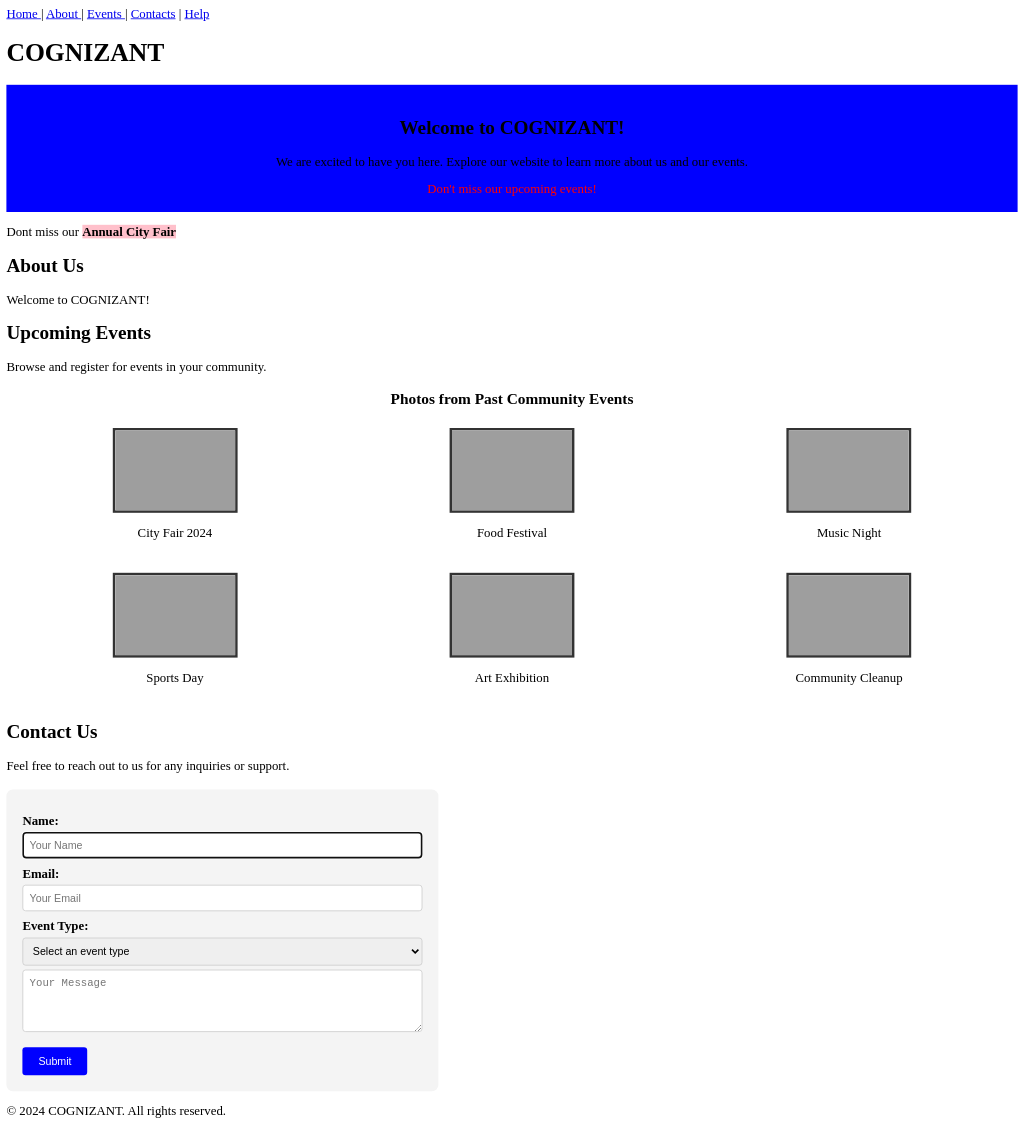
Repository: Sonasiju/Digital-Nurture-Java
Page: HTML/index.html
An editor plug-in stored every save of this project. The page is shown before and after the next save, followed by the edit.
The browser window is 1280 px wide. The pictures show the whole page, at 80% of full size.
Pictures or frames that could not be fetched are drawn as grey boxes.

Above is the page before, as saved 2026-06-03 22:57:07.

### HTML/index.html
<!DOCTYPE html>
<html lang="en">
<meta charset="UTF-8">
<head>

<title> EVENT PORTAL</title>
<style>
#welcomeBanner{
    background-color: blue;
    padding: 20px;
    text-align: center;
}

.highlight {
    background-color: pink;
    font-weight: bold;
}

/* Image Gallery Table */
table {
  width: 100%;
  border-collapse: collapse;
  margin-top: 20px;
}

caption {
  font-size: 1.2em;
  font-weight: bold;
  margin-bottom: 10px;
}

.event-img {
  border: 3px solid #333;
  width: 150px;
  height: 100px;
  display: block;
  margin: 5px auto;
}

td {
  text-align: center;
  padding: 10px;
}
/* Form Styling */
form {
  background-color: #f4f4f4;
  padding: 20px;
  border-radius: 8px;
  max-width: 500px;
  margin-top: 20px;
}

form label {
  display: block;
  margin-top: 10px;
  font-weight: bold;
}

form input, form select, form textarea {
  width: 100%;
  padding: 8px;
  margin-top: 5px;
  border: 1px solid #ccc;
  border-radius: 4px;
  box-sizing: border-box;
}

form button {
  margin-top: 15px;
  padding: 10px 20px;
  background-color: blue;
  color: white;
  border: none;
  border-radius: 4px;
  cursor: pointer;
}

output {
  display: block;
  margin-top: 10px;
  color: green;
  font-weight: bold;
}
</style>
</head>

<body>
 <!-- Navigation  -->
<header>
    <nav>
        <a href="#home"> Home </a> |
        <a href="#about"> About </a> |
<a href="#events"> Events </a> |
<a href="#contacts">Contacts</a> |
<a href="help.html" target="_blank">Help</a>
 </nav>

    </header>
    <!-- Main -->
    <main>
 <h1> COGNIZANT </h1>
 <section id="home">
    <div id="welcomeBanner">
            <h2>Welcome to COGNIZANT!</h2>
            <p>We are excited to have you here. Explore our website to learn more about us and our events.</p>
        <span style="color: red;">Don't miss our upcoming events!</span>
    </div>
      <p> Dont miss our <span class="highlight">Annual City Fair </span></p>


        </section>
 <section id="about">
            <h2>About Us</h2>
            <p>Welcome to COGNIZANT!</p>
        </section>
  <section id="events">
  <h2>Upcoming Events</h2>
  <p>Browse and register for events in your community.</p>

  <!-- Image Gallery Table -->
  <table>
    <caption>Photos from Past Community Events</caption>

    <!-- Row 1 -->
    <tr>
      <td>
        <img
          src="https://picsum.photos/150/100?random=1"
          alt="City Fair 2024"
          title="City Fair 2024"
          class="event-img">
        <p>City Fair 2024</p>
      </td>
      <td>
        <img
          src="https://picsum.photos/150/100?random=2"
          alt="Food Festival"
          title="Food Festival"
          class="event-img">
        <p>Food Festival</p>
      </td>
      <td>
        <img
          src="https://picsum.photos/150/100?random=3"
          alt="Music Night"
          title="Music Night"
          class="event-img">
        <p>Music Night</p>
      </td>
    </tr>

    <!-- Row 2 -->
    <tr>
      <td>
        <img
          src="https://picsum.photos/150/100?random=4"
          alt="Sports Day"
          title="Sports Day"
          class="event-img">
        <p>Sports Day</p>
      </td>
      <td>
        <img
          src="https://picsum.photos/150/100?random=5"
          alt="Art Exhibition"
          title="Art Exhibition"
          class="event-img">
        <p>Art Exhibition</p>
      </td>
      <td>
        <img
          src="https://picsum.photos/150/100?random=6"
          alt="Community Cleanup"
          title="Community Cleanup"
          class="event-img">
        <p>Community Cleanup</p>
      </td>
    </tr>

  </table>
</section>















<section id="contacts">
            <h2>Contact Us</h2>
            <p>Feel free to reach out to us for any inquiries or support.</p>
            <form id="contactForm">
                <label for="name">Name:</label>
                <input type="text" id="name" name="name" placeholder="Your Name" required autofocus>

                <label for="email">Email:</label>
                <input type="email" id="email" name="email" placeholder="Your Email" required>
                <label for="eventType">Event Type:</label>
                <select id="eventType" name="eventType" required>
                    <option value="">Select an event type</option>
                    <option value="cityFair">City Fair</option>
                    <option value="foodFestival">Food Festival</option>
                    <option value="musicNight">Music Night</option>
                    <option value="sportsDay">Sports Day</option>
                    <option value="artExhibition">Art Exhibition</option>
                    <option value="communityCleanup">Community Cleanup</option>





                <label for="message">Message:</label>
                <textarea id="message" name="message" placeholder="Your Message" rows="4" required></textarea>

                <button type="submit">Submit</button>











          </section>
    </main>

<!-- Footer -->
        <footer>
            <p> &copy; 2024 COGNIZANT. All rights reserved. </p>
            </footer>
</body>
</html>

After the next save:
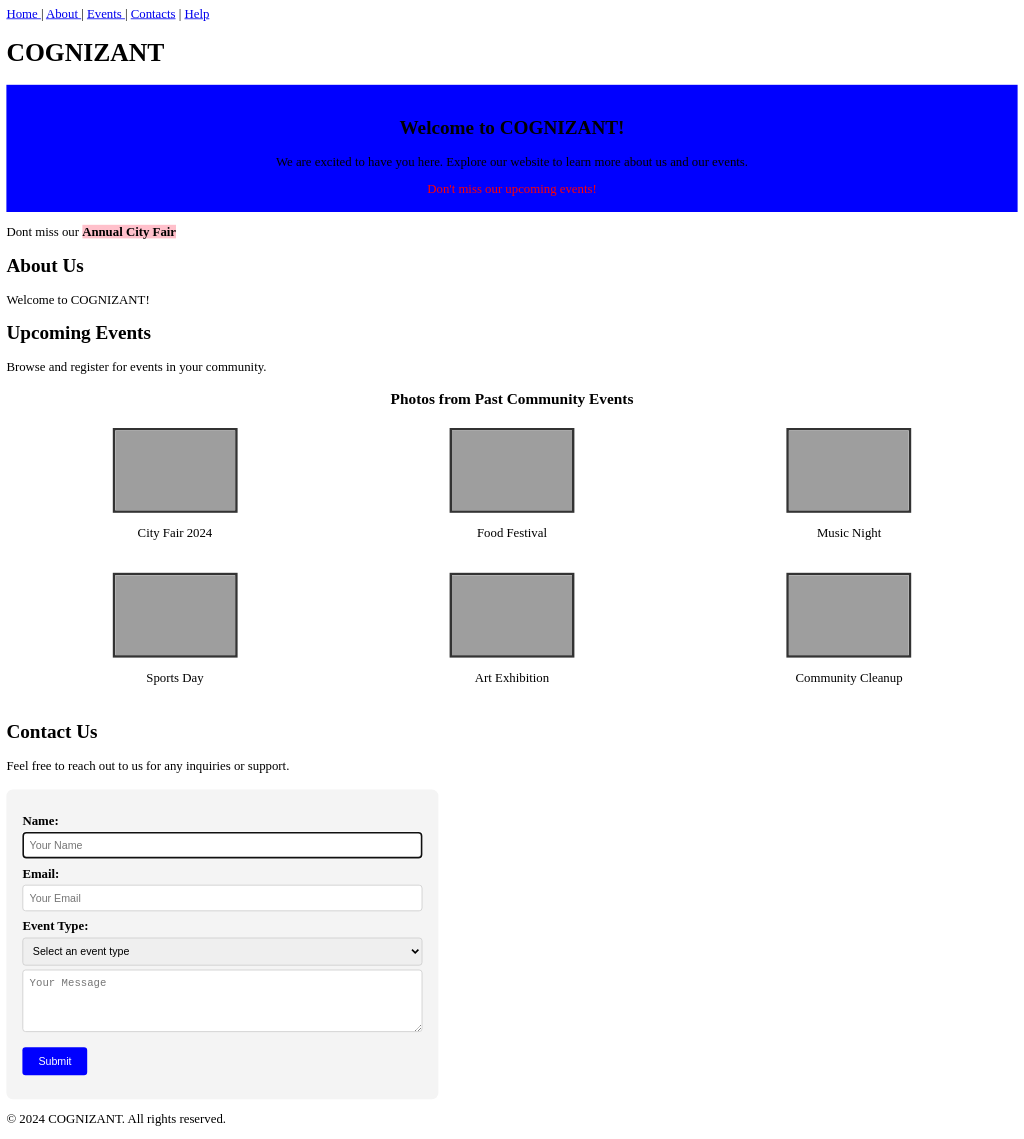
Saved 72 s later.
--- a/HTML/index.html
+++ b/HTML/index.html
@@ -221,7 +221,8 @@
                 <textarea id="message" name="message" placeholder="Your Message" rows="4" required></textarea>
 
                 <button type="submit">Submit</button>
-
+               <output id="formOutput"></output>
+            </form>
 
 
 
